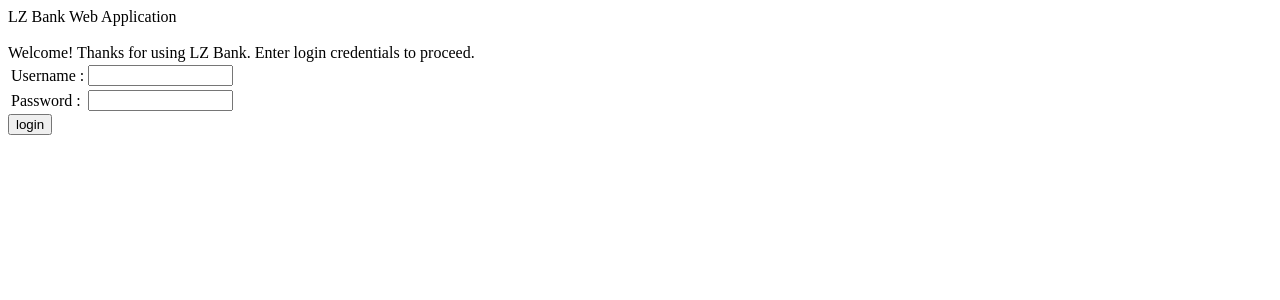
Repository: kingron98/SoftEng-Bank-Web-Application-
Page: SE3 Bank App/Java/Workspace/SE3_BankWebApp/WebContent/login.html
The author's editor kept a copy of each file at every save. The page is drawn from the files as they stood at one save, then again after the next save.
The browser window is 1280 px wide. The pictures show the whole page.

Above is the page before, as saved 2020-12-11 18:22:41.

### SE3 Bank App/Java/Workspace/SE3_BankWebApp/WebContent/login.html
<!DOCTYPE html PUBLIC "-//W3C//DTD HTML 4.01 Transitional//EN" "http://www.w3.org/TR/html4/loose.dtd">

<html>

<head>
<meta http-equiv="Content-Type" content="text/html; charset=ISO-8859-1">
<title>Insert title here</title>
</head>

<body>
	LZ Bank Web Application
	<br/>
	<br/>
	Welcome! Thanks for using LZ Bank. Enter login credentials to proceed.
            <form action="FrontController" method="post">
                <table>
                    <tr>
                        <td> Username  : </td><td> <input name="username" size=15 type="text" /> </td>
                    </tr>
                    <tr>
                        <td> Password  : </td><td> <input name="password" size=15 type="password" /> </td>
                    </tr>
                </table>

                <input type="hidden" name="action" value="LoginUser" />
                <input type="submit" value="login" />
            </form>

</body>
</html>

After the next save:
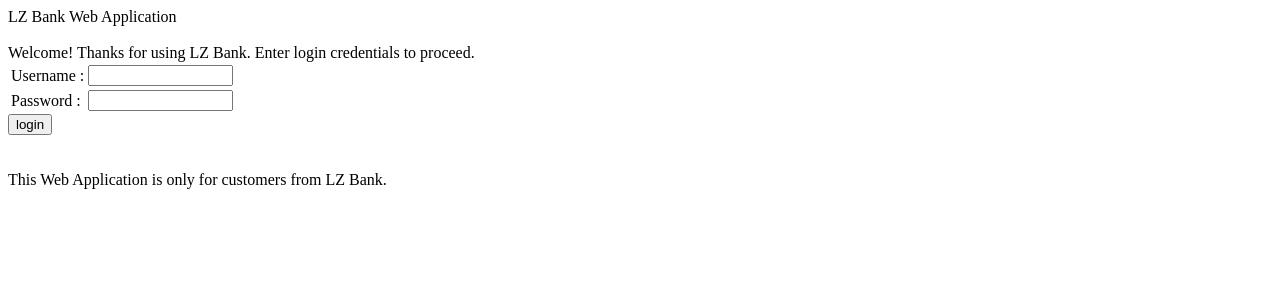
Saved 2 min 22 s later.
--- a/SE3 Bank App/Java/Workspace/SE3_BankWebApp/WebContent/login.html
+++ b/SE3 Bank App/Java/Workspace/SE3_BankWebApp/WebContent/login.html
@@ -25,6 +25,8 @@
                 <input type="hidden" name="action" value="LoginUser" />
                 <input type="submit" value="login" />
             </form>
-
+	<br/>
+	<br/>
+	This Web Application is only for customers from LZ Bank.
 </body>
 </html>
